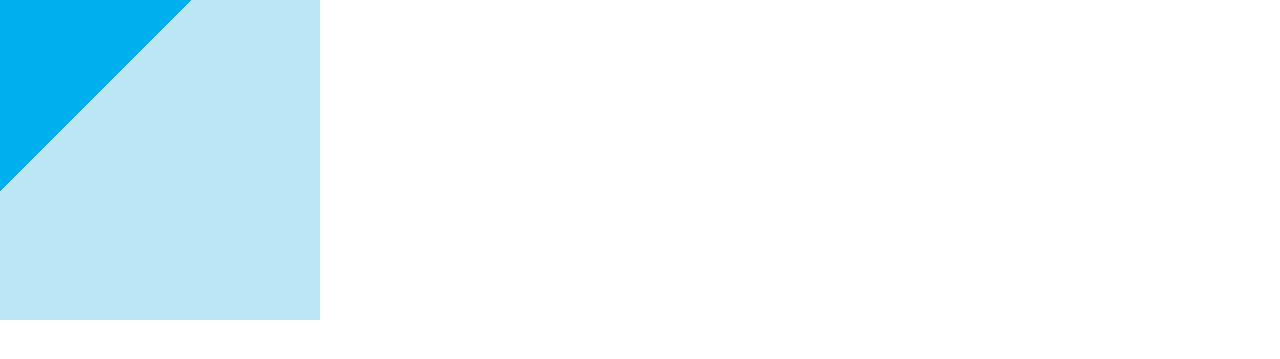
Repository: ThanhPhongsof/Css-Course
Page: index.html
These files come from the project's save history. The page is drawn as it stood at one moment and after the next save; the edit follows.
The browser window is 1280 px wide. The pictures show the whole page.

Above is the page before, as saved 2022-05-15 11:13:43.

After the next save:
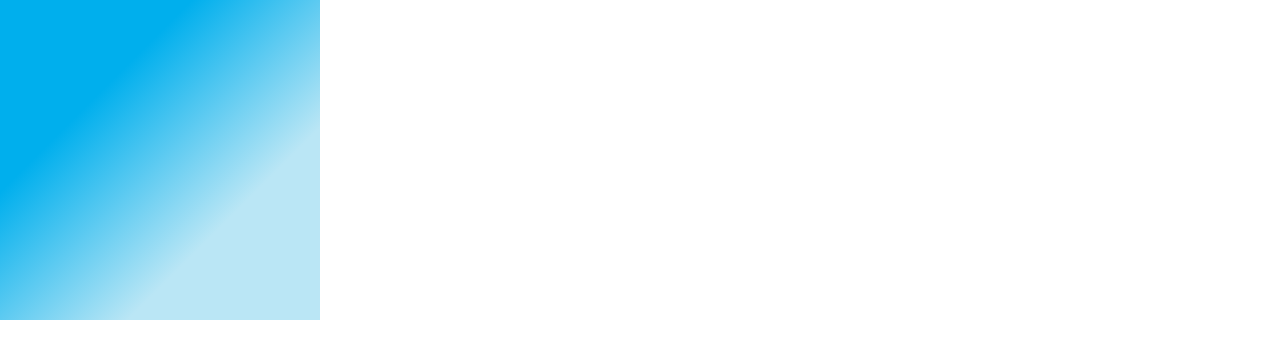
Saved 28 s later.
--- a/styles.css
+++ b/styles.css
@@ -1,5 +1,5 @@
 .boxed {
   width: 20rem;
   height: 20rem;
-  background-image: linear-gradient(to right bottom, #00afed 30%, #bae6f5 30%);
+  background-image: linear-gradient(to right bottom, #00afed 30%, #bae6f5 70%);
 }
